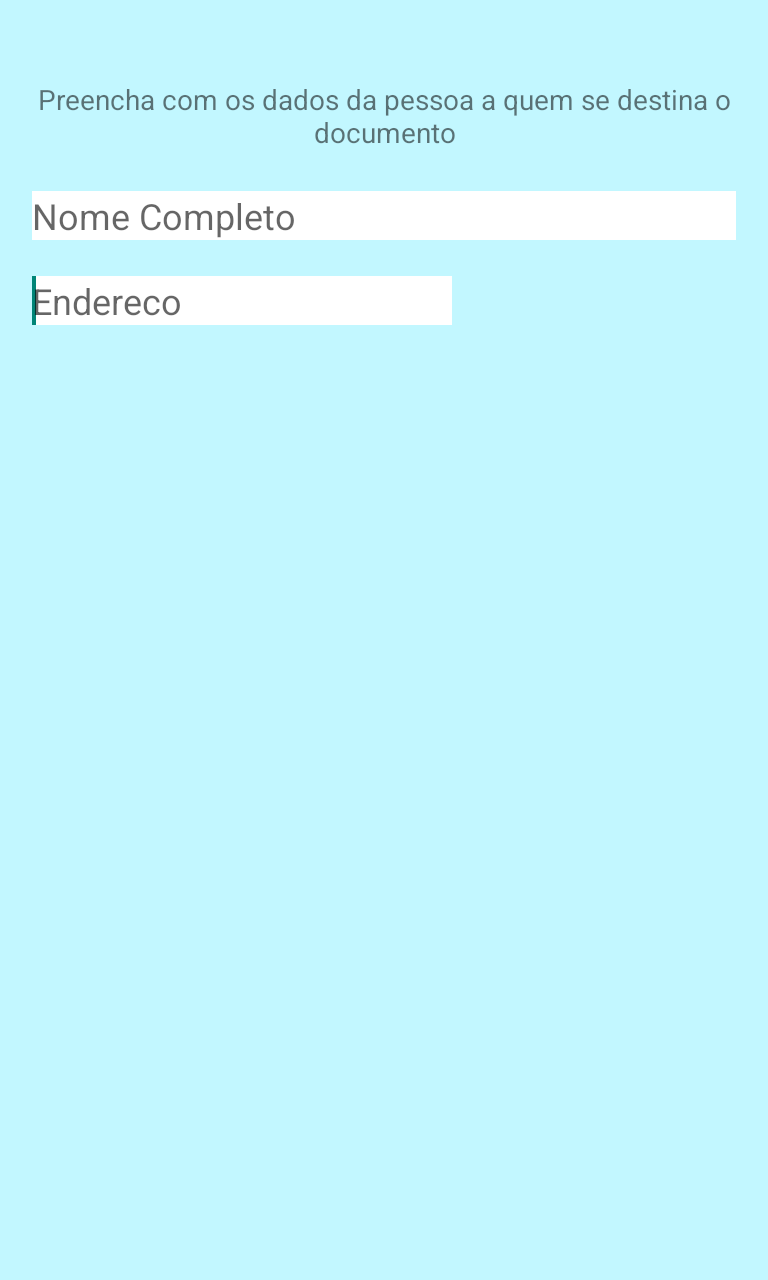
Repository: pdelfino/Projeto-livre
Layout: Protesto Livre/ProtestoLivre/res/layout/fragment_tela05.xml
An editor plug-in stored every save of this project. The layout is shown before and after the next save, followed by the edit.
It is drawn on a 768 x 1280 px phone screen (xhdpi) without system bars, with theme AppTheme; the app's code is not run.

Above is the layout before, as saved 2014-05-29 00:13:14.

After the next save:
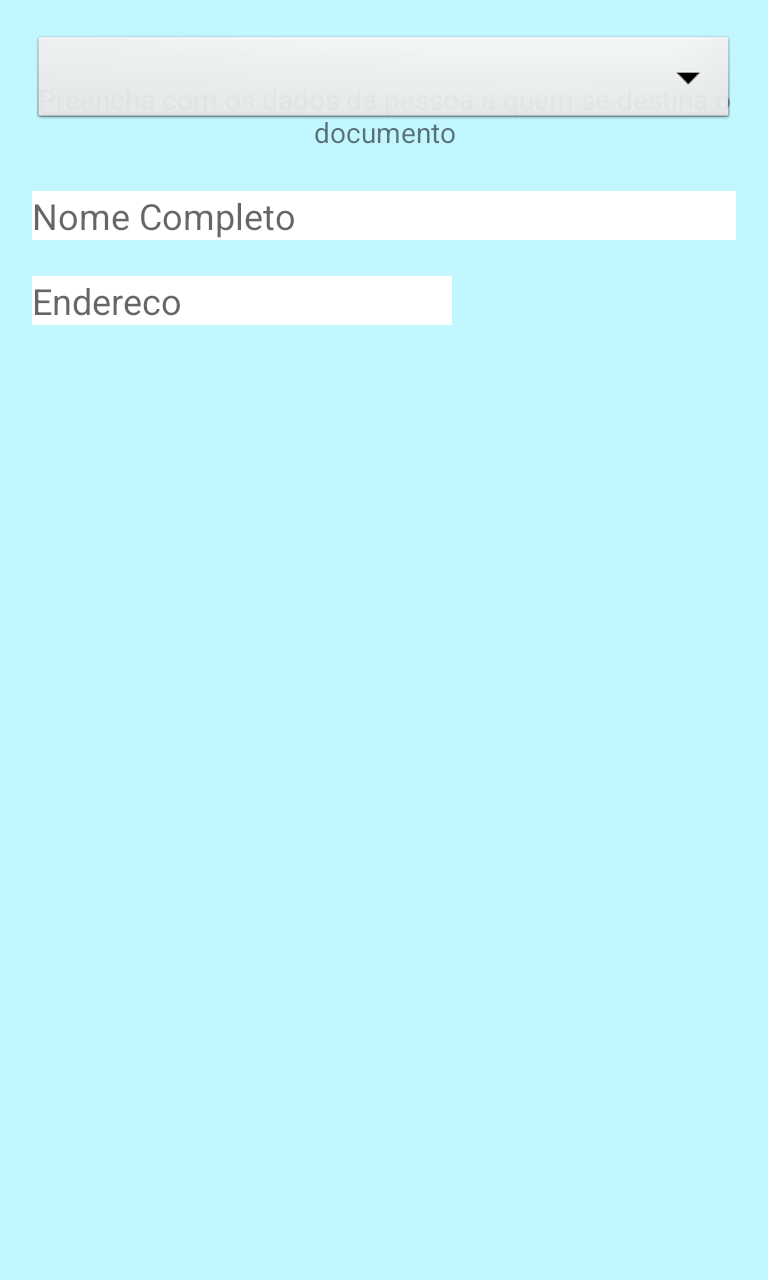
Saved 65 s later.
--- a/Protesto Livre/ProtestoLivre/res/layout/fragment_tela05.xml
+++ b/Protesto Livre/ProtestoLivre/res/layout/fragment_tela05.xml
@@ -39,11 +39,16 @@
         android:layout_alignLeft="@+id/Nome"
         android:layout_below="@+id/Nome"
         android:layout_marginTop="18dp"
-        android:hint="Endereco"
         android:background="#ffffff"
-        android:ems="10" >
+        android:ems="10"
+        android:hint="Endereco" />
 
-        <requestFocus />
-    </EditText>
+    <Spinner
+    android:id="@+id/spinner1"
+    android:layout_width="match_parent"
+    android:layout_height="wrap_content"
+    android:background="@android:drawable/btn_dropdown"
+    android:spinnerMode="dropdown" />
+
 
 </RelativeLayout>
